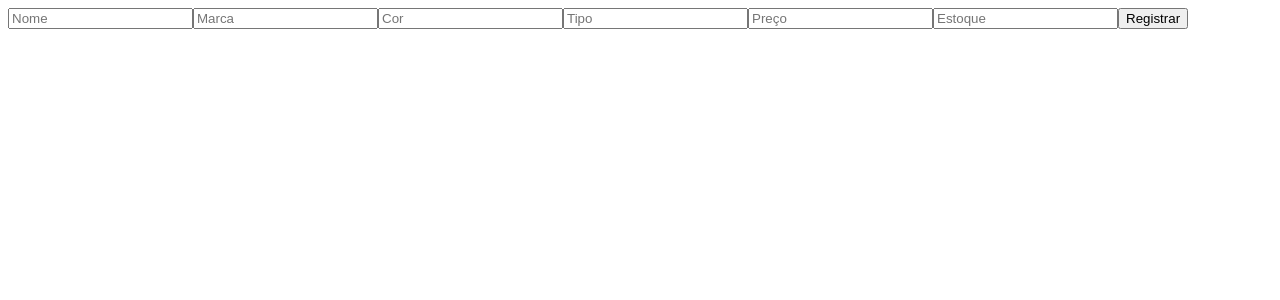
Repository: yasmimSM2007/aula08
Page: /registro (app in cliente/)
An editor plug-in stored every save of this project. The page is shown before and after the next save, followed by the edit.
The browser window is 1280 px wide. The pictures show the whole page.
The project was rebuilt for these pictures with package versions that can differ from the ones it lists, and the page was loaded fresh each time. Also part of the build but not shown: cliente/src/pages/Home.jsx, cliente/src/pages/Altera.jsx.

Above is the page before, as saved 2025-01-24 15:41:24.

After the next save:
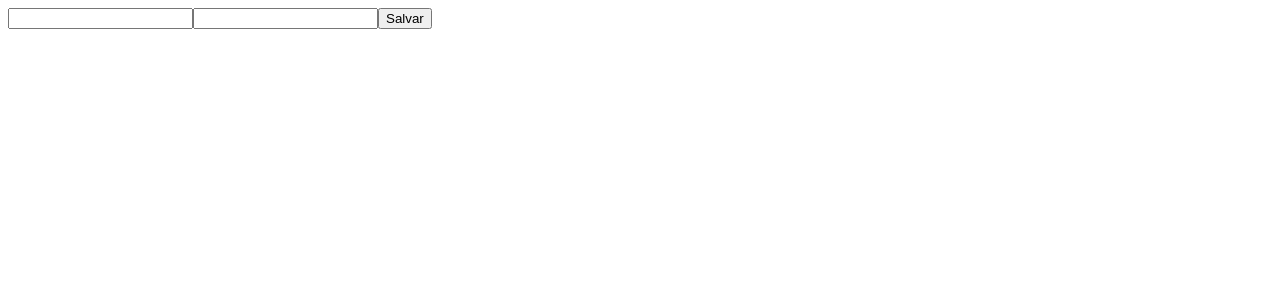
Saved 2 min 55 s later.
--- a/cliente/src/pages/Registro.jsx
+++ b/cliente/src/pages/Registro.jsx
@@ -2,73 +2,42 @@
 import { useNavigate } from "react-router-dom";
 
 export default function Registrar() {
-  const [name, setName] = useState("");
-  const [brand, setBrand] = useState("");
-  const [color, setColor] = useState("");
-  const [type, setType] = useState("");
-  const [price, setPrice] = useState("");
-  const [stock, setStock] = useState("");
-  const navigate = useNavigate();
 
-  const registrarEsmalte = async (event) => {
+  const [nome, setNome] = useState('');
+  const [email, setEmail] = useState('');
+
+  const navigation = useNavigate()
+
+  const registrarPessoa = async(event) => {
     event.preventDefault();
-    try {
-      await fetch("http://localhost:3000/esmaltes", {
-        method: "POST",
-        headers: { "Content-Type": "application/json" },
-        body: JSON.stringify({ name, brand, color, type, price, stock }),
-      });
-      navigate("/");
-    } catch {
-      alert("Erro ao registrar esmalte!");
+  try{
+    const resposta = await fetch('http://localhost:3000/usuarios', {
+      method : 'POST',
+      headers: {'Content-type':'Application/json'},
+      body: JSON.stringify({
+      nome:nome,
+      email: email
+      })
+    });
+    if(resposta.ok){
+      navigation('/');
     }
-  };
+  }
+  catch{
+    alert('Ocorreu um erro no app!')
+  }
+  }
+
 
   return (
-    <form onSubmit={registrarEsmalte}>
-      <input
-        type="text"
-        placeholder="Nome"
-        value={name}
-        onChange={(e) => setName(e.target.value)}
-        required
-      />
-      <input
-        type="text"
-        placeholder="Marca"
-        value={brand}
-        onChange={(e) => setBrand(e.target.value)}
-        required
-      />
-      <input
-        type="text"
-        placeholder="Cor"
-        value={color}
-        onChange={(e) => setColor(e.target.value)}
-        required
-      />
-      <input
-        type="text"
-        placeholder="Tipo"
-        value={type}
-        onChange={(e) => setType(e.target.value)}
-        required
-      />
-      <input
-        type="number"
-        placeholder="Preço"
-        value={price}
-        onChange={(e) => setPrice(e.target.value)}
-        required
-      />
-      <input
-        type="number"
-        placeholder="Estoque"
-        value={stock}
-        onChange={(e) => setStock(e.target.value)}
-        required
-      />
-      <button type="submit">Registrar</button>
+    <main>
+    <form onSubmit={registrarPessoa}>
+        <input type="text" name="" id="nome" value={nome}
+        onChange={(event) => setNome(event.target.value)} />
+        <input type="email" id="email" value={email}
+        onChange={(event) => setEmail(event.target.value)} />
+      <button type="submit">Salvar</button>
     </form>
+  </main>
   );
-}
+};
